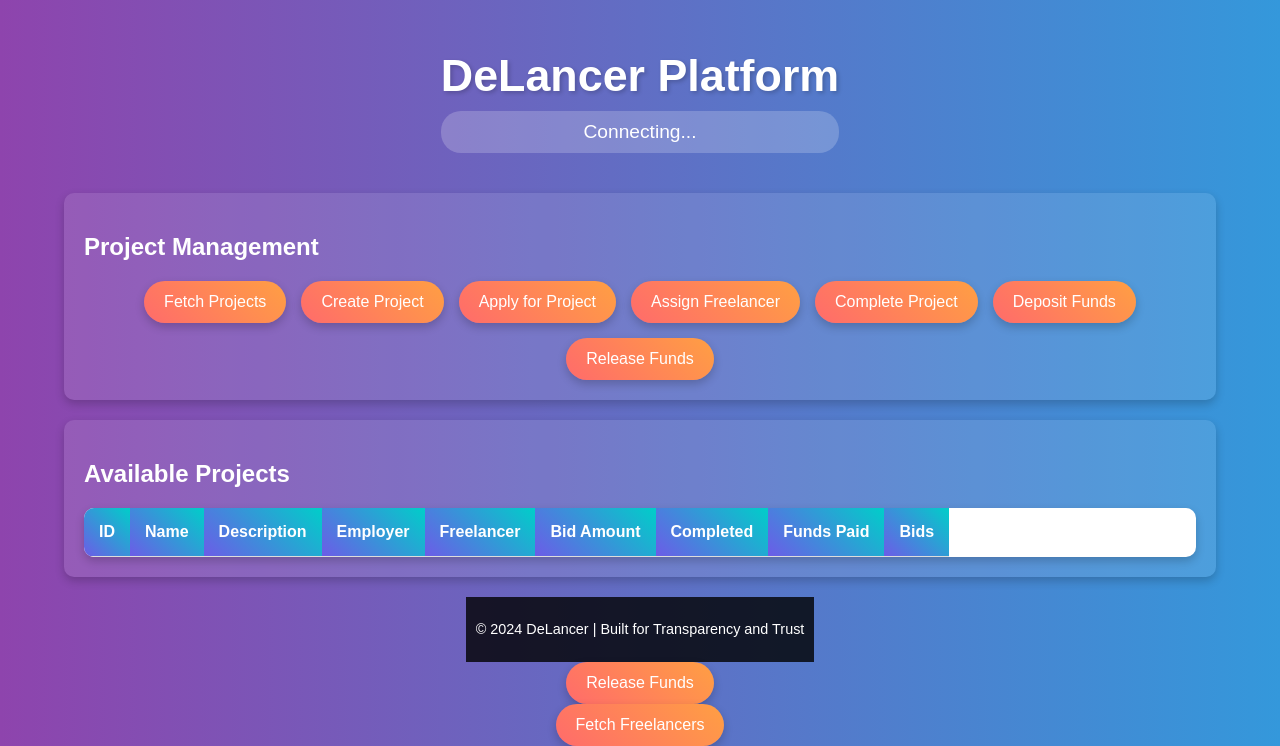
Repository: navjoth/DeLancer
Page: public/index.html
The author's editor kept a copy of each file at every save. The page is drawn from the files as they stood at one save, then again after the next save.
The browser window is 1280 px wide. The pictures show the whole page.

Above is the page before, as saved 2025-03-08 09:19:12.

After the next save:
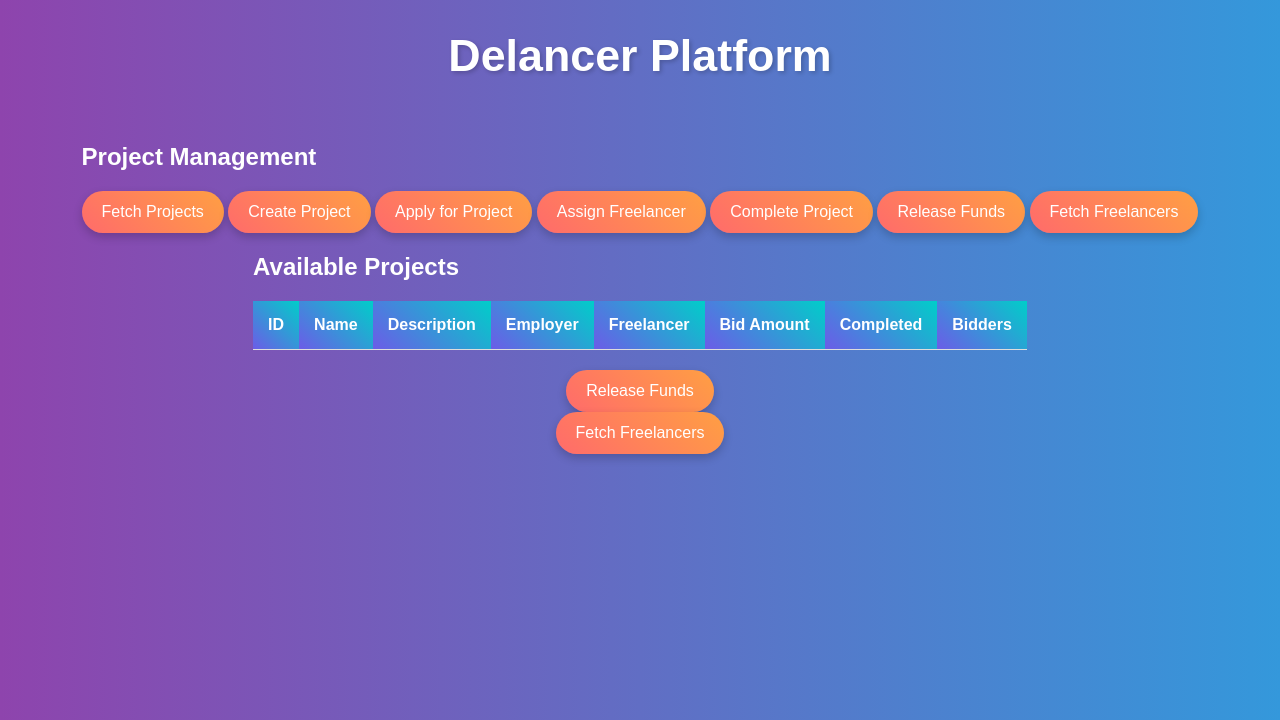
Saved 25 s later.
--- a/public/index.html
+++ b/public/index.html
@@ -1,60 +1,42 @@
 <!DOCTYPE html>
 <html lang="en">
-
 <head>
     <meta charset="UTF-8">
-    <meta name="viewport" content="width=device-width, initial-scale=1.0">
-    <title>DeLancer</title>
-    <script src="https://cdn.jsdelivr.net/npm/web3@1.6.1/dist/web3.min.js"></script>
+    <title>Delancer</title>
     <link rel="stylesheet" href="style.css">
 </head>
-
 <body>
-    <header>
-        <h1>DeLancer Platform</h1>
-        <div id="userAccount" class="status">Connecting...</div>
-    </header>
-
-    <main>
-        <section class="action-section">
-            <h2>Project Management</h2>
-            <div class="button-group">
-                <button id="fetchProjectsBtn">Fetch Projects</button>
-                <button id="createProjectBtn">Create Project</button>
-                <button id="applyProjectBtn">Apply for Project</button>
-                <button id="assignFreelancerBtn">Assign Freelancer</button>
-                <button id="completeProjectBtn">Complete Project</button>
-                <button id="depositFundsBtn">Deposit Funds</button>
-                <button id="releaseFundsBtn">Release Funds</button>
-            </div>
-        </section>
-
-        <section class="display-section">
-            <h2>Available Projects</h2>
-            <table id="projectTable">
-                <thead>
-                    <tr>
-                        <th>ID</th>
-                        <th>Name</th>
-                        <th>Description</th>
-                        <th>Employer</th>
-                        <th>Freelancer</th>
-                        <th>Bid Amount</th>
-                        <th>Completed</th>
-                        <th>Funds Paid</th>
-                        <th>Bids</th>
-                    </tr>
-                </thead>
-                <tbody></tbody>
-            </table>
-        </section>
-    </main>
-
-    <footer>
-        <p>© 2024 DeLancer | Built for Transparency and Trust</p>
-    </footer>
-
-    <script src="js/app.js"></script>
+    <h1>Delancer Platform</h1>
+    <p id="userAccount"></p>
+    <div>
+        <h2>Project Management</h2>
+        <button id="fetchProjectsBtn">Fetch Projects</button>
+        <button id="createProjectBtn">Create Project</button>
+        <button id="applyProjectBtn">Apply for Project</button>
+        <button id="assignFreelancerBtn">Assign Freelancer</button>
+        <button id="completeProjectBtn">Complete Project</button>
+        <button id="releaseFundsBtn">Release Funds</button>
+        <button id="fetchFreelancersBtn">Fetch Freelancers</button>
+    </div>
+    <div>
+        <h2>Available Projects</h2>
+        <table>
+            <thead>
+                <tr>
+                    <th>ID</th>
+                    <th>Name</th>
+                    <th>Description</th>
+                    <th>Employer</th>
+                    <th>Freelancer</th>
+                    <th>Bid Amount</th>
+                    <th>Completed</th>
+                    <th>Bidders</th>
+                </tr>
+            </thead>
+            <tbody id="projectTable"></tbody>
+        </table>
+    </div>
+    <script src="https://cdn.jsdelivr.net/npm/web3@1.7.0/dist/web3.min.js"></script>
+    <script src="app.js"></script>
 </body>
-
 </html>
